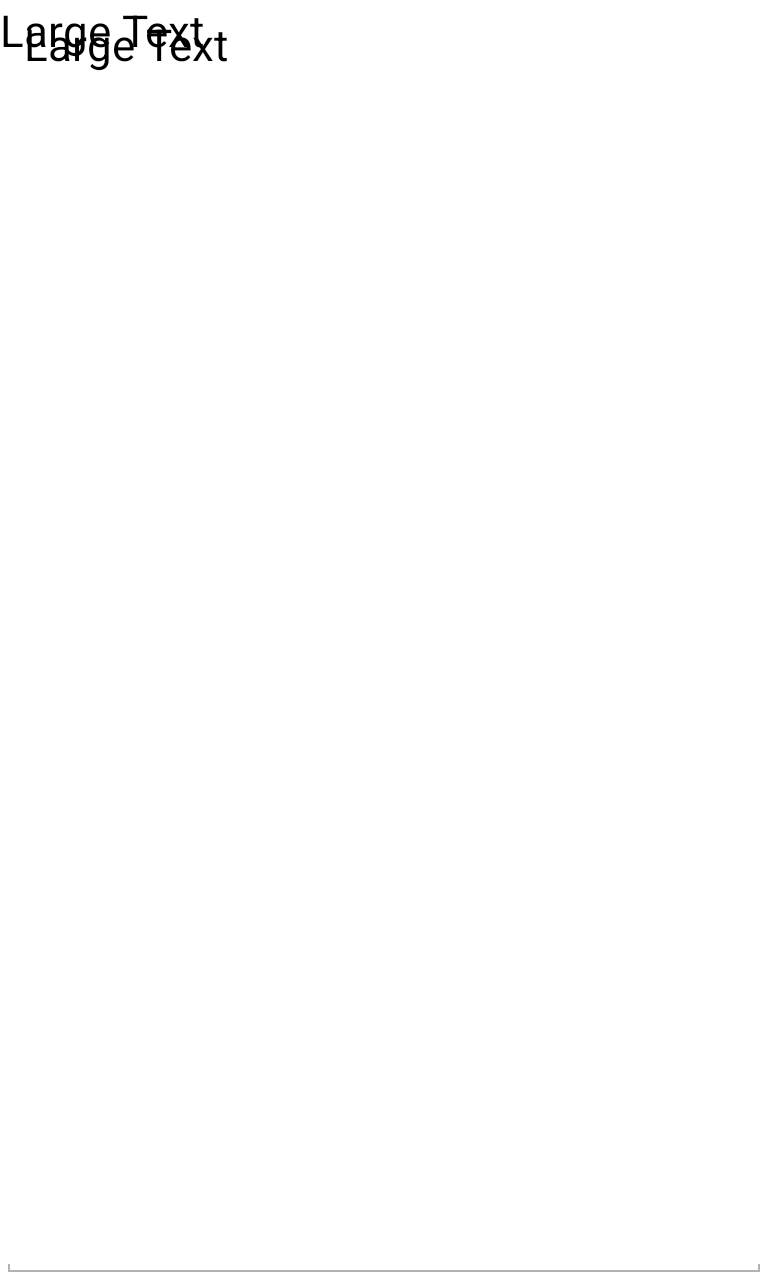
Repository: EnjoyWorkTrue/Spring2014
Layout: CMP464/NotePad/res/layout/activity_description.xml
These files come from the project's save history. The layout is drawn as it stood at one moment and after the next save; the edit follows.
It is drawn on a 768 x 1280 px phone screen (xhdpi) without system bars, with theme AppTheme; the app's code is not run.

Above is the layout before, as saved 2014-03-28 00:25:42.

After the next save:
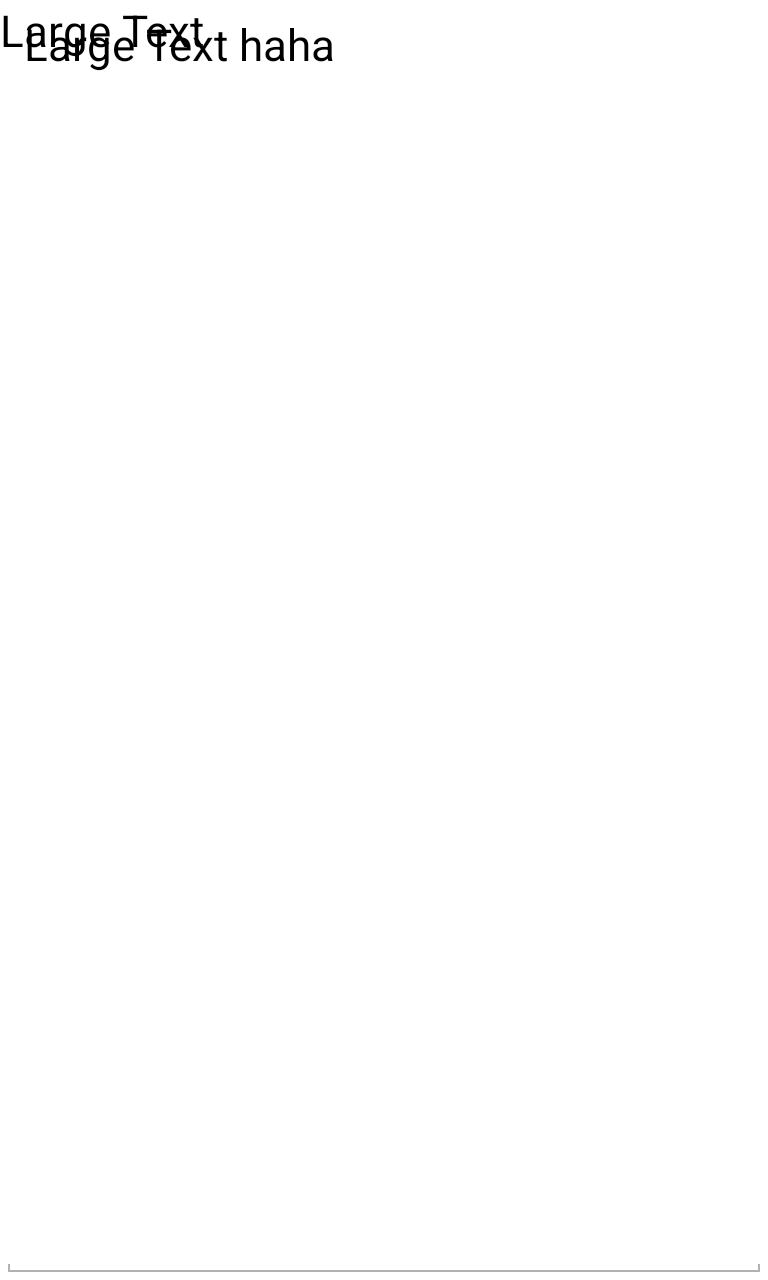
Saved 4 s later.
--- a/CMP464/NotePad/res/layout/activity_description.xml
+++ b/CMP464/NotePad/res/layout/activity_description.xml
@@ -18,7 +18,7 @@
         android:layout_height="match_parent"
         android:gravity="top"
         android:textAppearance="?android:attr/textAppearanceLarge"
-        android:text="Large Text"
+        android:text="Large Text haha"
         />
 
 
